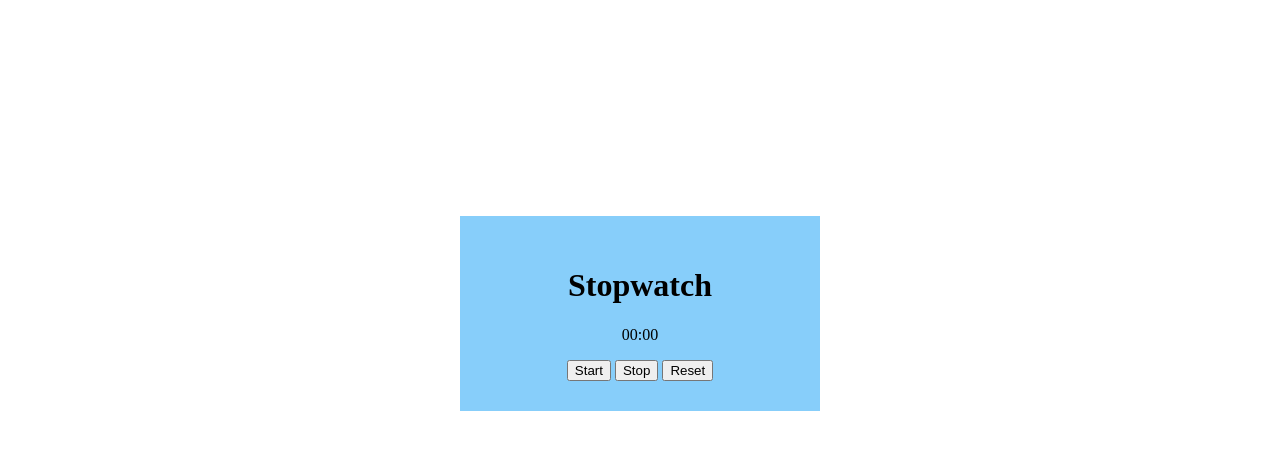
Repository: LeyaAbraham/web-dev
Page: clock.html
The author's editor kept a copy of each file at every save. The page is drawn from the files as they stood at one save, then again after the next save.
The browser window is 1280 px wide. The pictures show the whole page.

Above is the page before, as saved 2021-01-05 23:09:05.

After the next save:
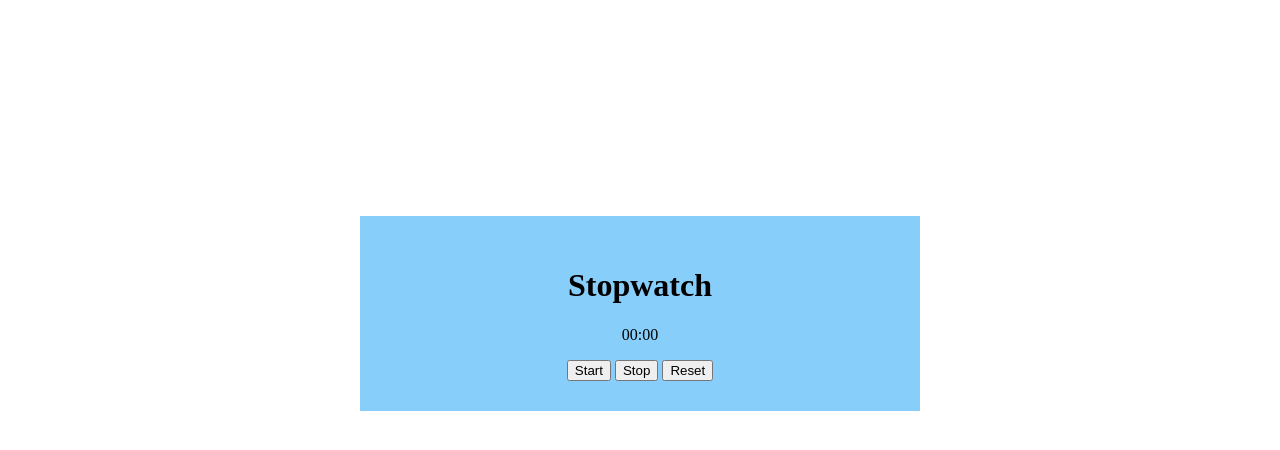
Saved 10 s later.
--- a/style.css
+++ b/style.css
@@ -4,10 +4,9 @@
     text-align: center;
     padding: 30px;
     margin: 30px;
-    width: 300px;
+    width: 500px;
     position: absolute;
 	top:30%;
-
 	left: 0;
 	right: 0;
 

After the save that followed:
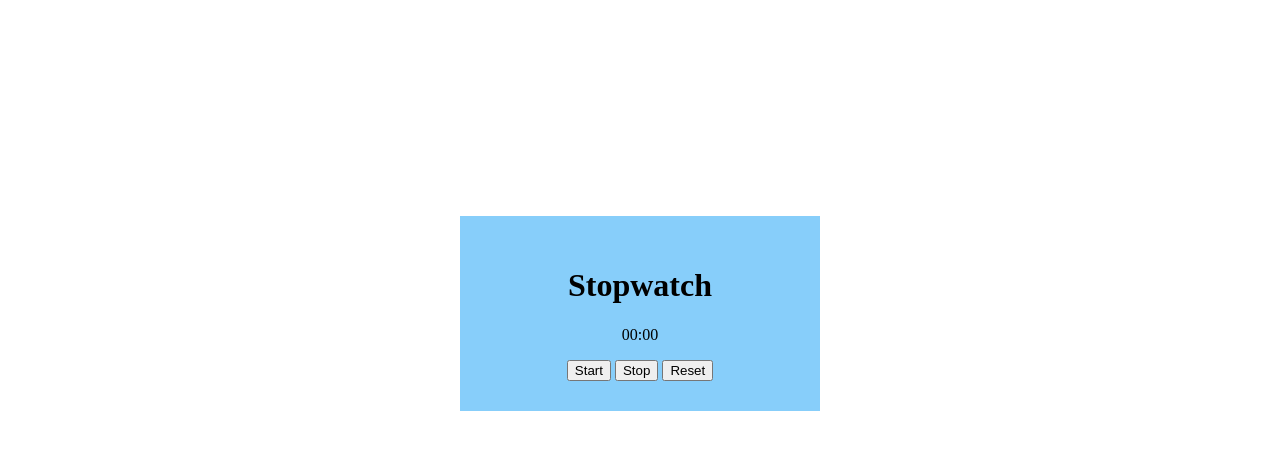
Saved 6 s later.
--- a/style.css
+++ b/style.css
@@ -4,7 +4,7 @@
     text-align: center;
     padding: 30px;
     margin: 30px;
-    width: 500px;
+    width: 300px;
     position: absolute;
 	top:30%;
 	left: 0;
